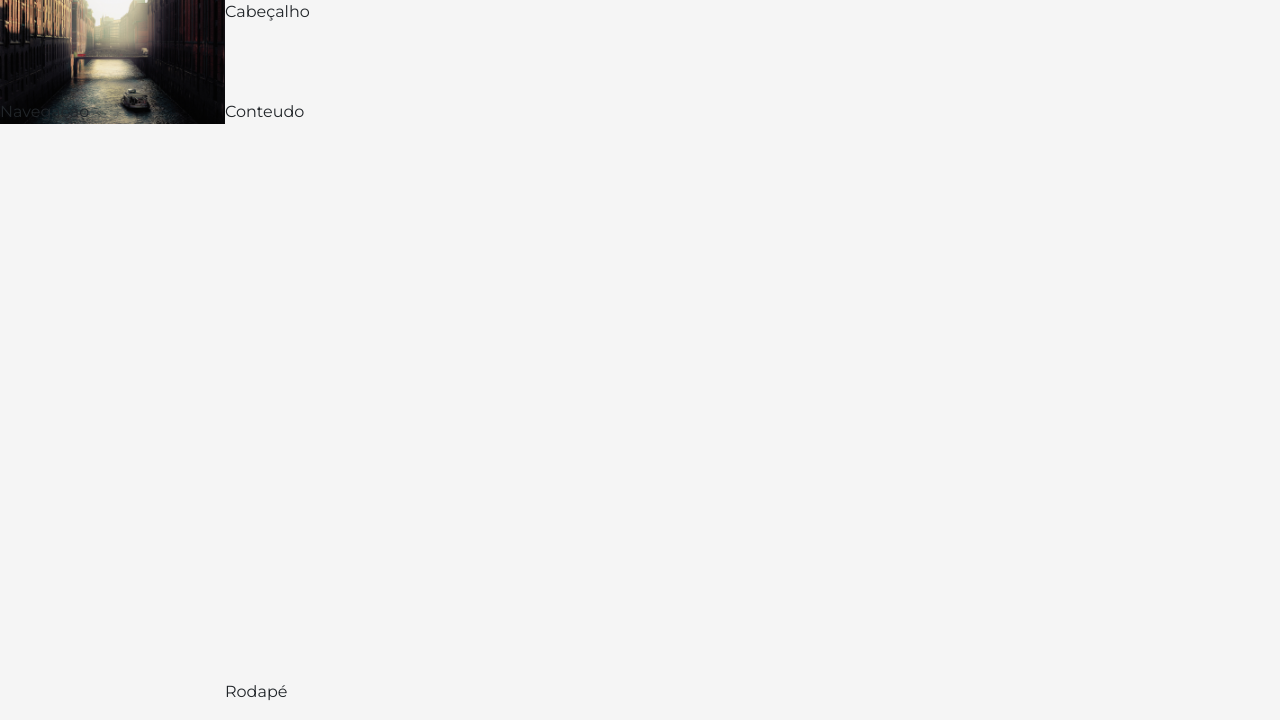
Repository: eversonps/projeto-cadastro-usuarios-firebase
Page: /users (app in frontend/)
These files come from the project's save history. The page is drawn as it stood at one moment and after the next save; the edit follows.
The browser window is 1280 px wide. The pictures show the whole page.
The project was rebuilt for these pictures with package versions that can differ from the ones it lists, and the page was loaded fresh each time. Also part of the build but not shown: frontend/src/components/template/nav.css, frontend/src/components/template/header.css, frontend/src/components/template/footer.css.

Above is the page before, as saved 2022-03-21 17:56:28.

After the next save:
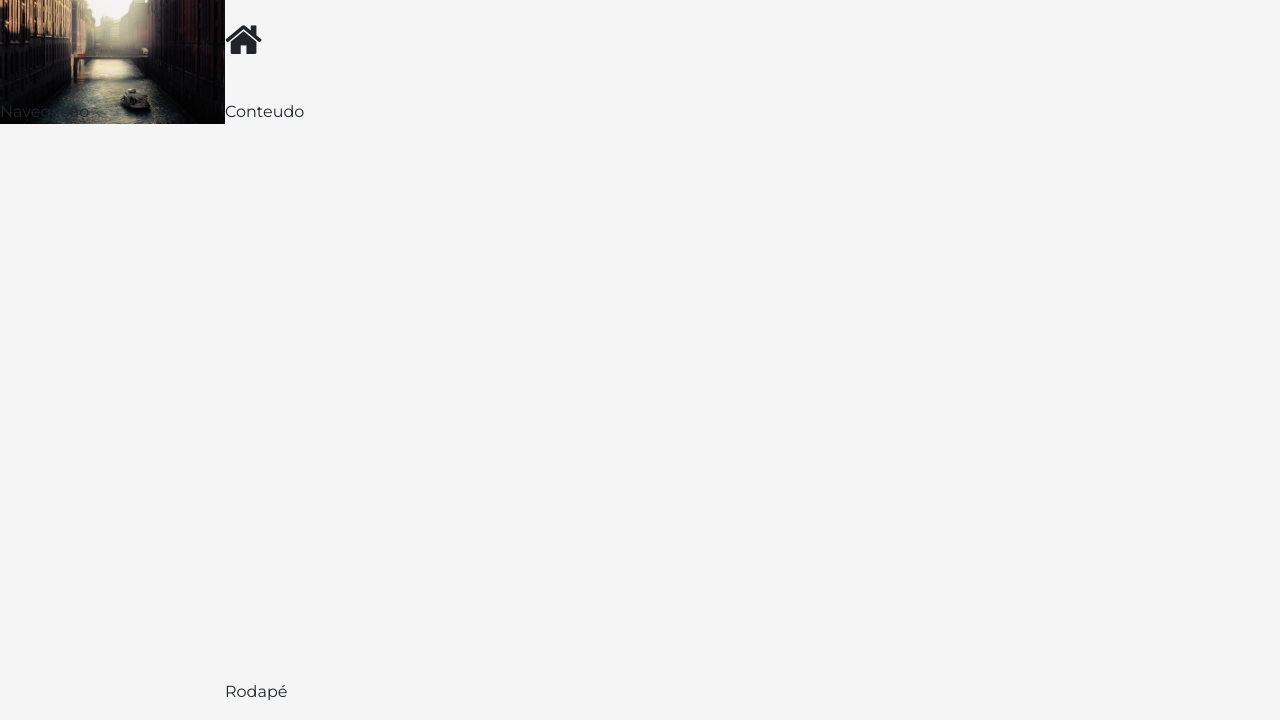
Saved 51 s later.
--- a/frontend/src/components/template/header.jsx
+++ b/frontend/src/components/template/header.jsx
@@ -3,6 +3,8 @@ import "./header.css"
 
 export default props => (
     <header className="header d-none d-sm-flex flex-column">
-        Cabeçalho
+        <h1 className="mt-3">
+            <i className={`fa fa-${props.icon}`}></i>
+        </h1>
     </header>
 )
